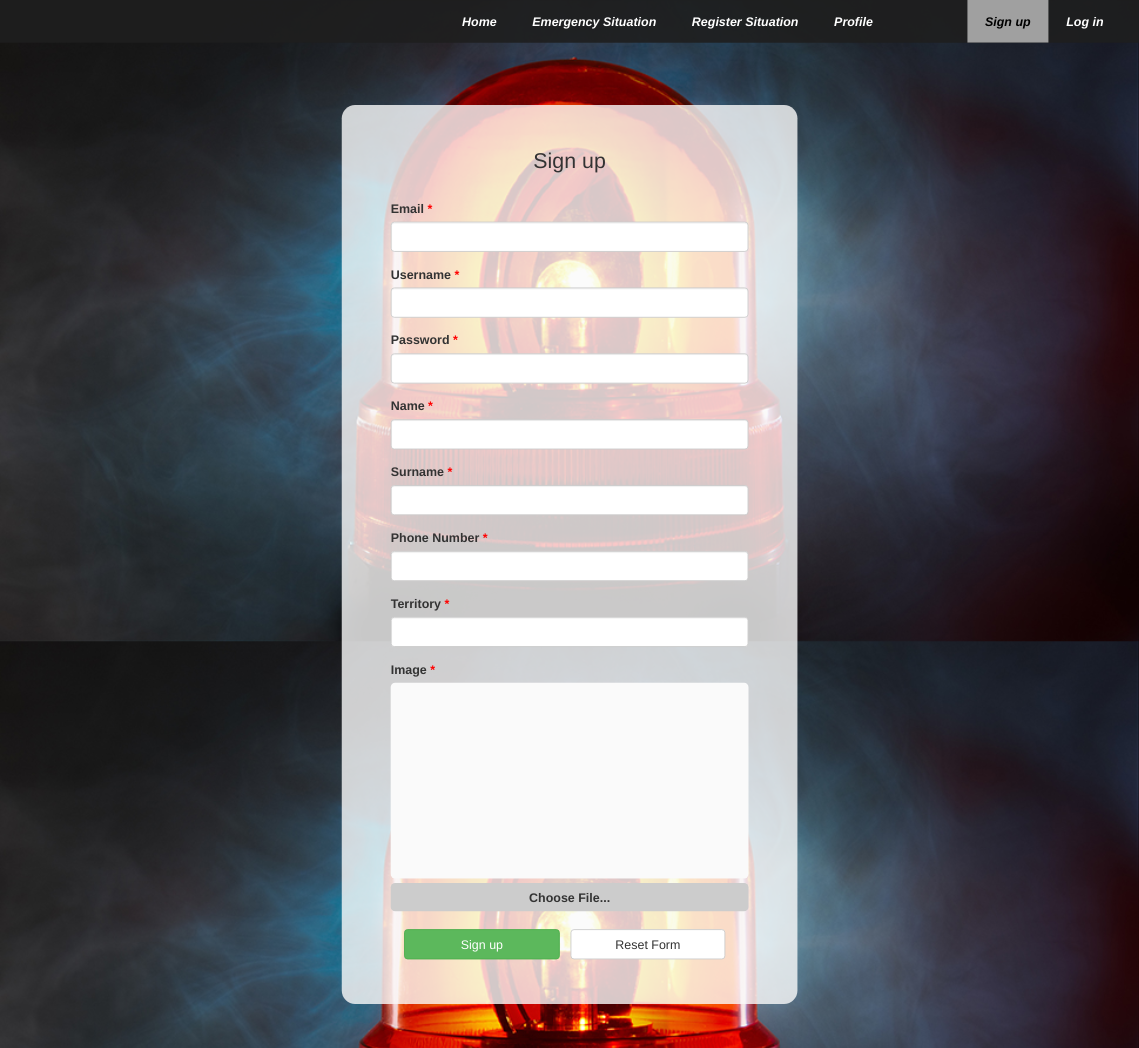
Repository: majamiljic/WebProgramming
Page: emergencySituations/WebContent/signup.html
An editor plug-in stored every save of this project. The page is shown before and after the next save, followed by the edit.
The browser window is 1280 px wide. The pictures show the whole page, at 89% of full size.
Backgrounds fixed to the window are drawn as part of the page.

Above is the page before, as saved 2018-01-26 14:50:58.

After the next save:
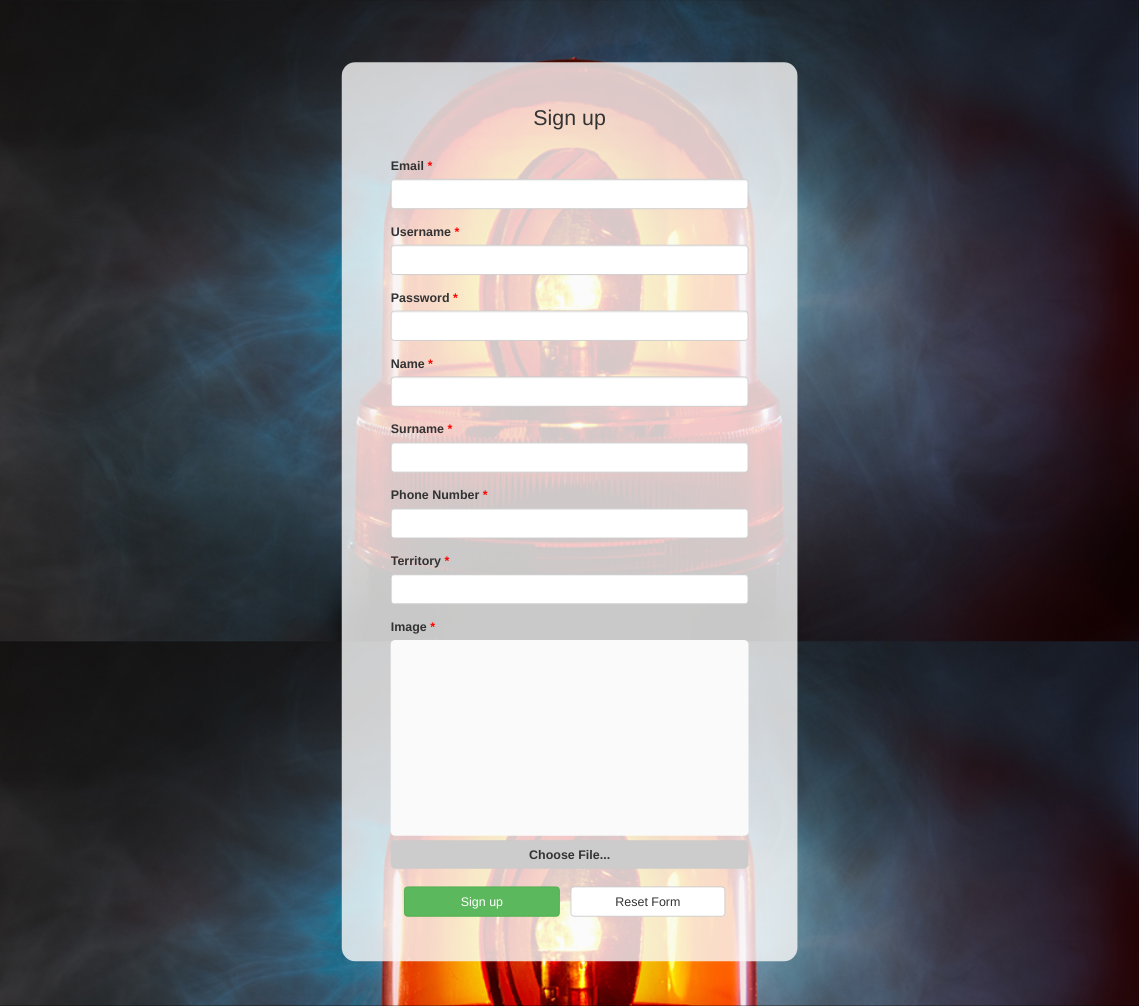
Saved 9 s later.
--- a/emergencySituations/WebContent/signup.html
+++ b/emergencySituations/WebContent/signup.html
@@ -6,18 +6,6 @@
         <link href="css/bootstrap.min.css" rel="stylesheet">
     </head>
     <body style="background-color: black">
-        <ul>
-            <li><a href="situations.html">Home</a></li>
-            <li><a href="emergencySituation.html">Emergency Situation</a></li>
-            <li><a href="registerSituation.html">Register Situation</a></li>
-            <li><a href="profile.html">Profile</a></li>
-            <li style="float: right; margin-right: 20px;">
-				<a href="login.html">Log in</a>
-			</li>
-            <li style="float: right;">
-				<a class="active" href="signup.html">Sign up</a>
-			</li>
-        </ul>
 
         <div class="signUpDiv">
 			<h3 style="text-align: center">Sign up</h3>
